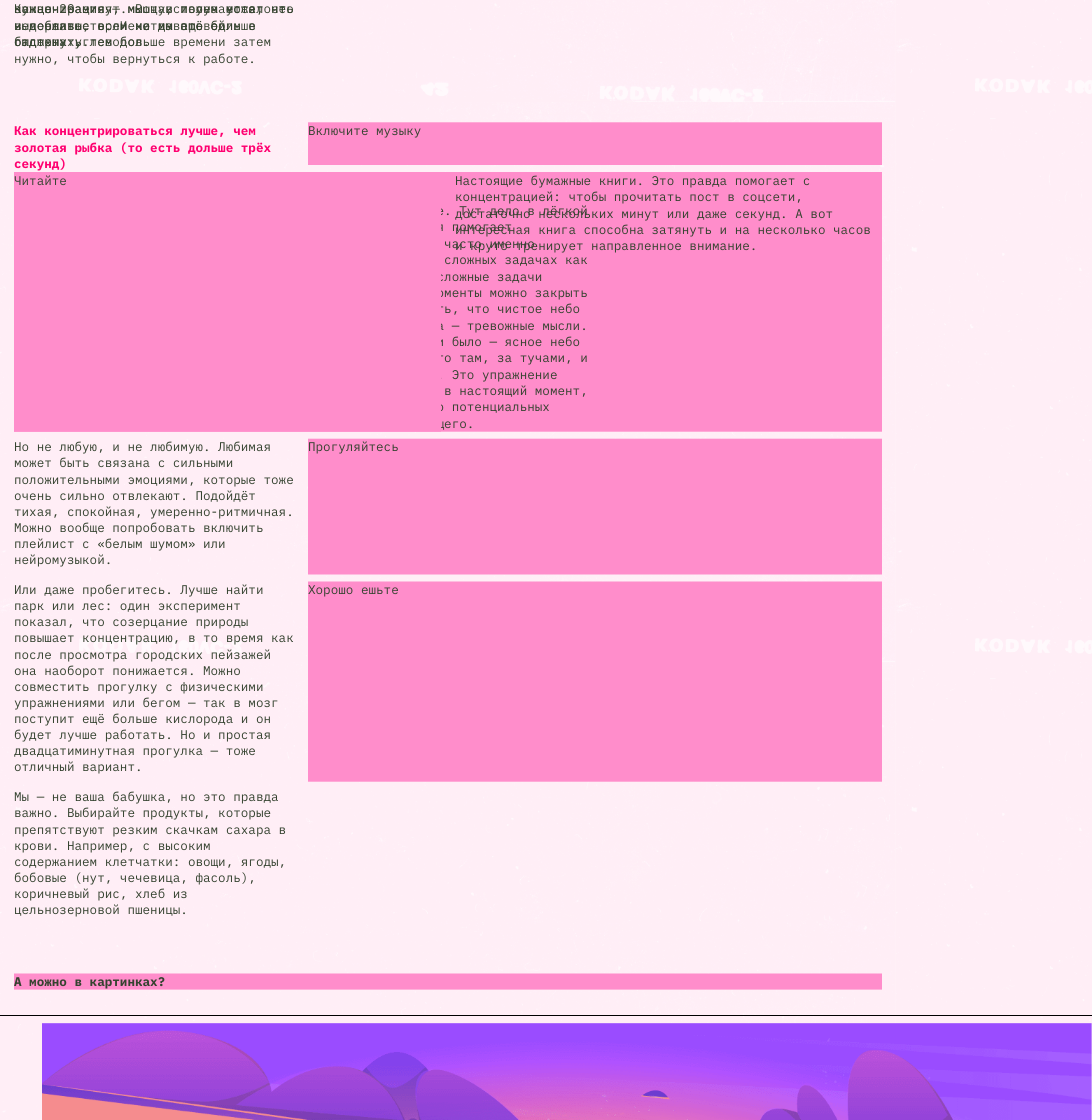
Repository: NikWolf75/slozhno-sosredotochitsya-fd
Page: index.html
These files come from the project's save history. The page is drawn as it stood at one moment and after a run of saves; the edit follows.
The browser window is 1280 px wide. The page is 1560 px wide, so the pictures cover 1560 px, including what lies to the right of the window. The pictures show the part of the page from y = 1454 to 3054 px (the page is 5044 px tall before and 5215 px after), at 70% of full size.
Backgrounds fixed to the window are drawn as part of the page.

Above is the page before, as saved 2025-02-27 21:14:31.

After the next 2 saves:
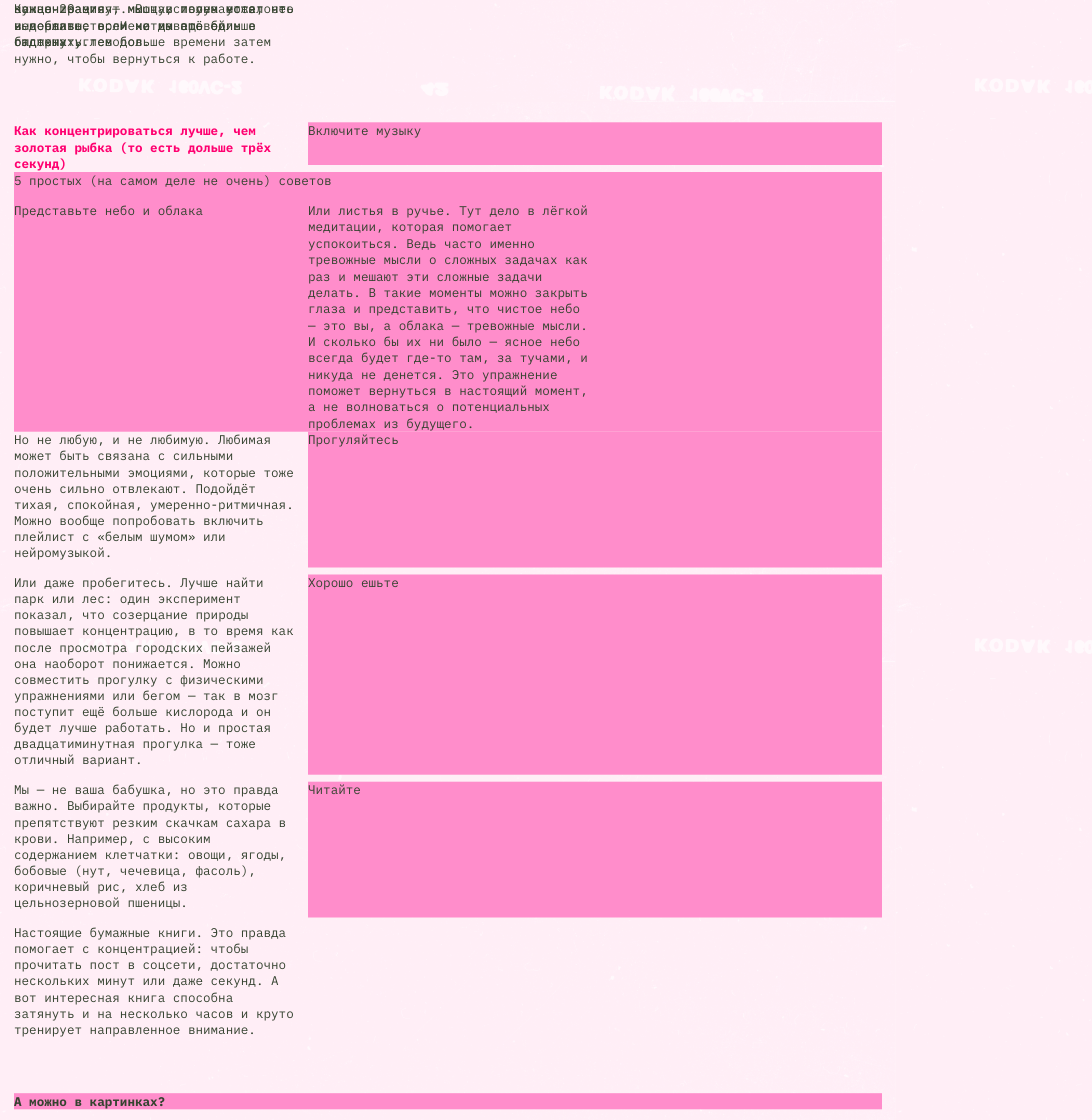
The 2 saves are shown as one change because they came seconds apart.
The last was saved 8 s later.
--- a/index.html
+++ b/index.html
@@ -175,8 +175,6 @@
             высоким содержанием клетчатки: овощи, ягоды, бобовые (нут, чечевица,
             фасоль), коричневый рис, хлеб из цельнозерновой пшеницы.
           </p>
-        </article>
-        <article class="content__answers">
           <h4 class="advice">
             Читайте
           </h4>
@@ -186,7 +184,6 @@
             секунд. А вот интересная книга способна затянуть и на несколько
             часов и круто тренирует направленное внимание.
           </p>
-        </article>
       </section>
       <section class="content__section content__gallery">
         <h2 class="content__answer-short">А можно в картинках?</h2>
